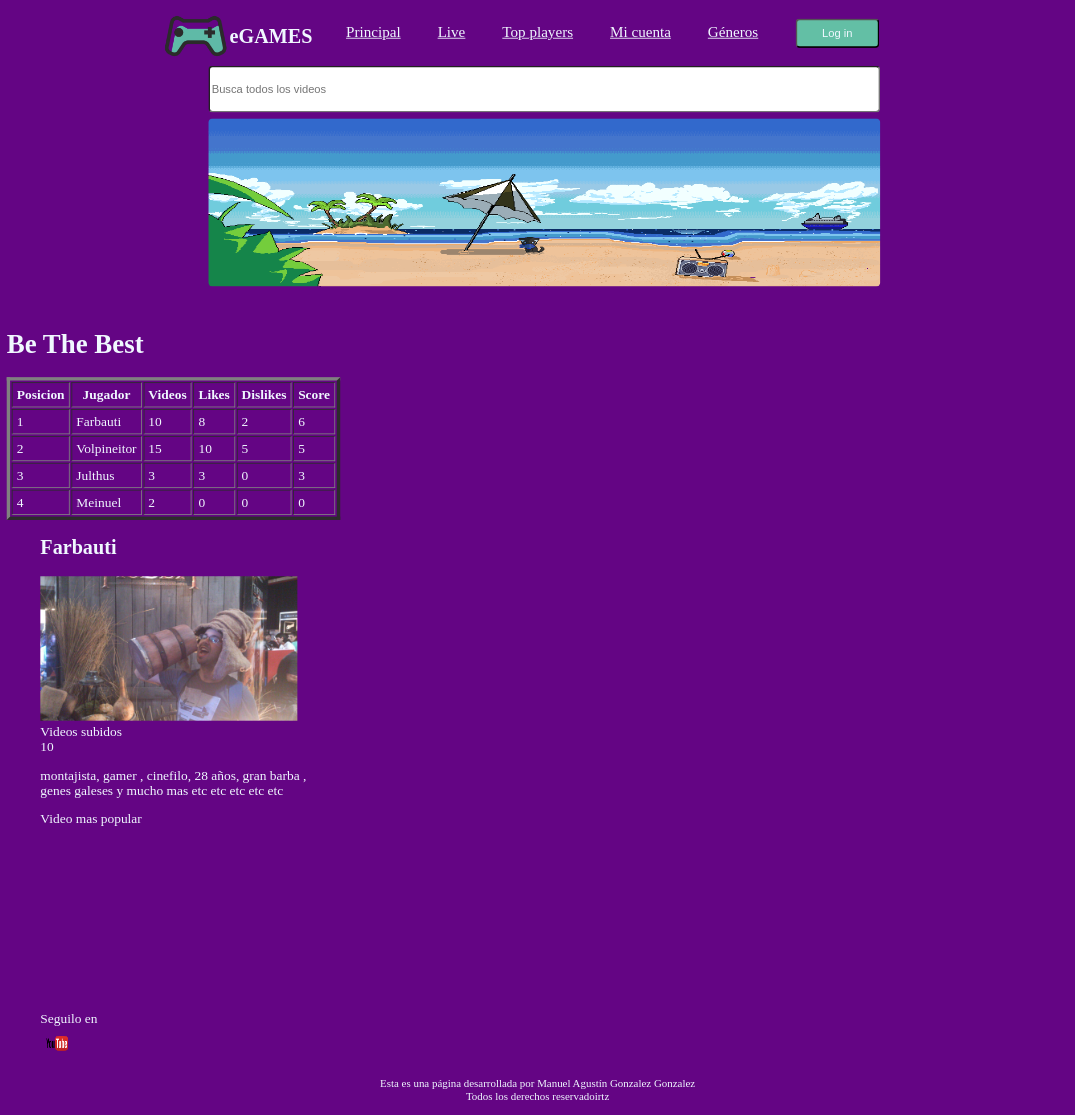
Repository: Meinuel/eGamesGonzalez
Page: secciones/eGamesTopPlayers.html
These files come from the project's save history. The page is drawn as it stood at one moment and after the next save; the edit follows.
The browser window is 1280 px wide. The pictures show the whole page, at 84% of full size.
Pictures or frames that could not be fetched are drawn as grey boxes. Some web fonts or font styles are not loaded; a fallback is used.

Above is the page before, as saved 2021-06-10 15:00:09.

After the next save:
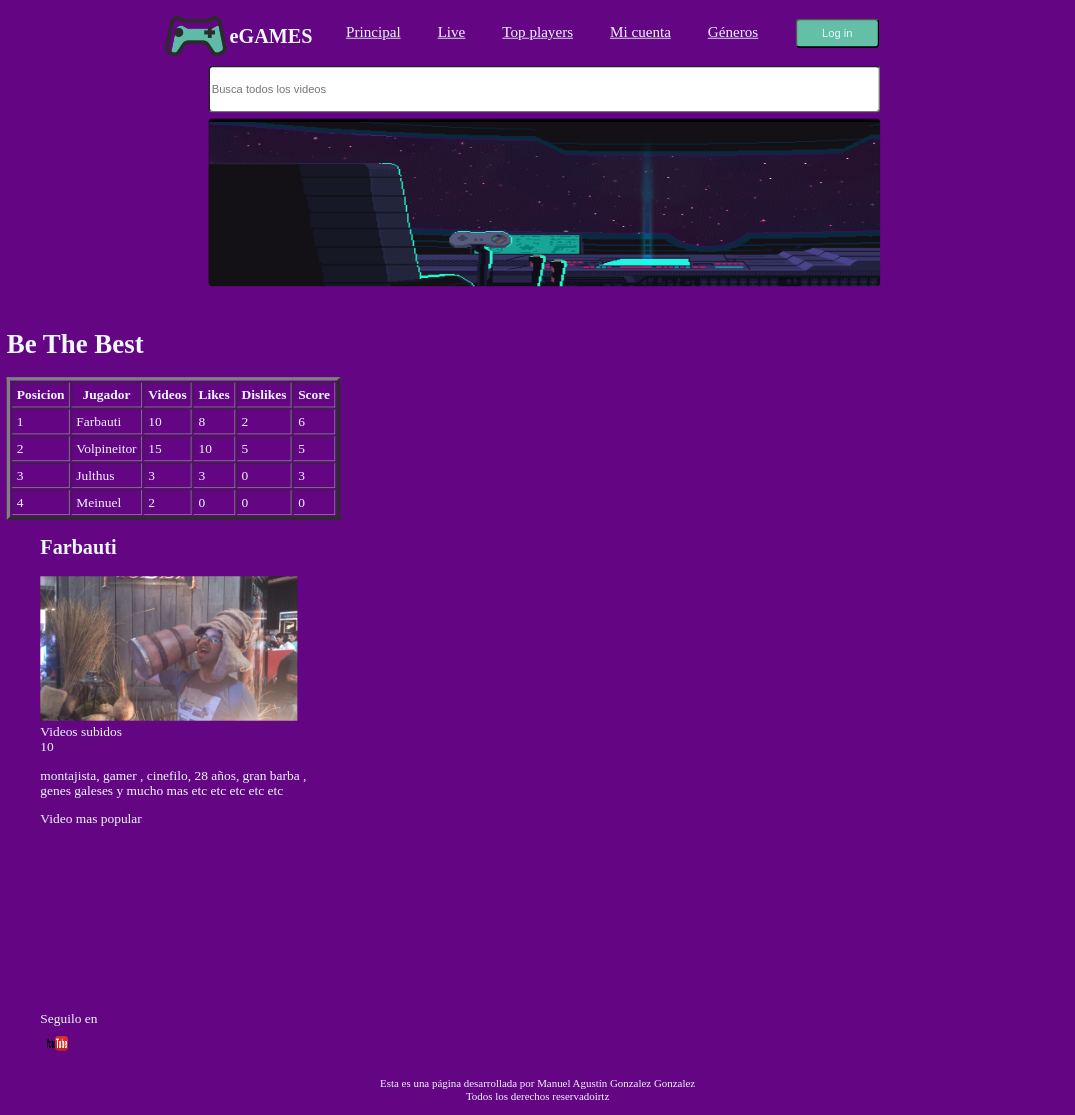
Saved 13 s later.
--- a/secciones/eGamesTopPlayers.html
+++ b/secciones/eGamesTopPlayers.html
@@ -27,7 +27,7 @@
         </nav>
         <div class="marginHeader">
             <input type="text" name="searchInput" id="searchInput" placeholder="Busca todos los videos">
-            <img src="../assets/gif/principal.gif" alt="mario gif">
+            <img src="../assets/gif/generos.gif" alt="mario gif">
         </div>
     </header>
     <main>
